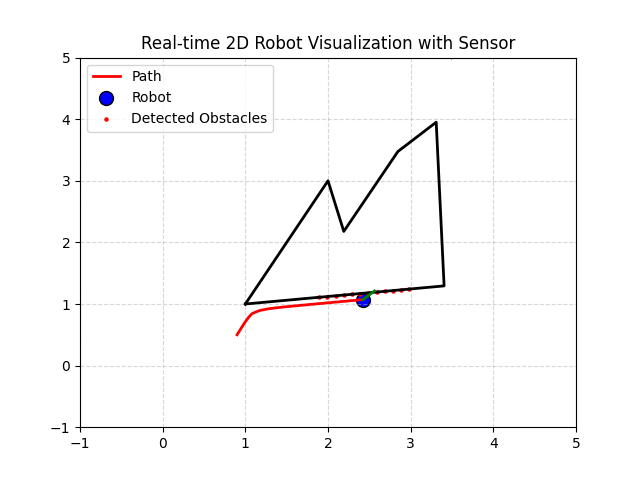
Repository: JLCucumber/comp0244-go2
Script's output: python src/cw1_team_2/2D_environment/main.py
These files come from the project's save history. The script's output is drawn as it stood at one moment and after the next save; the edit follows.
Animations are shown at an early frame. Random numbers start from a fixed seed.

Above is the script's output before, as saved 2025-02-16 03:26:50.

After the next save:
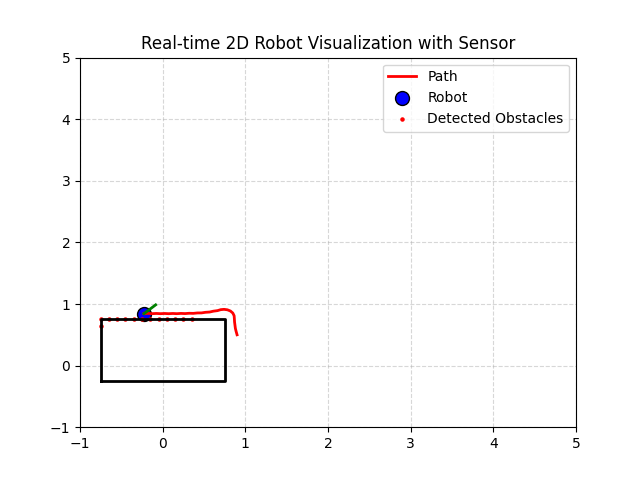
Saved 10 s later.
--- a/src/cw1_team_2/2D_environment/main.py
+++ b/src/cw1_team_2/2D_environment/main.py
@@ -6,7 +6,7 @@ from robot import Robot
 from visualization import plot_environment
 
 if __name__ == "__main__":
-    env = Environment("2D_environment/map_with_complex_obstacles.json")  # 生成 2D 地图
+    env = Environment("map_with_complex_obstacles_1.json")  # 生成 2D 地图
     robot = Robot(env, start_pos=(0.9, 0.5), start_angle=0.79, sensor_range=0.6)  # 创建机器人
 
     plt.ion()  # 开启 Matplotlib 交互模式
